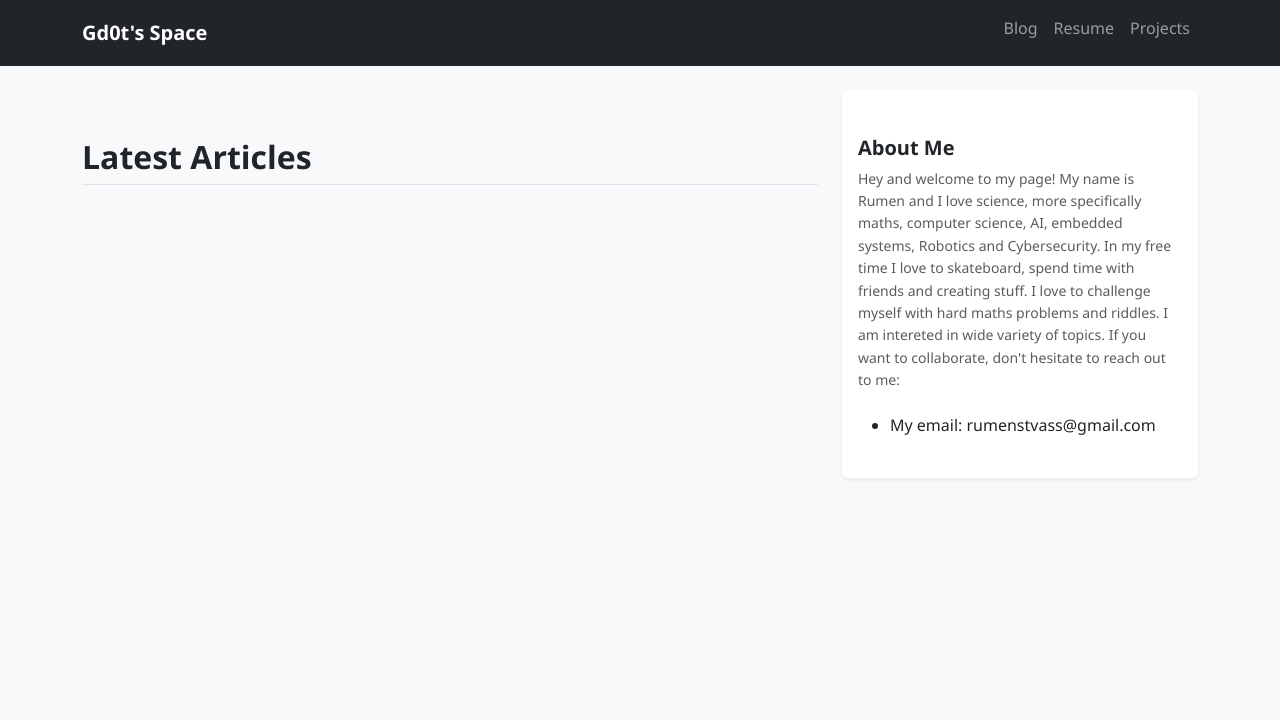
Repository: gd0t/gd0t-blog
Page: http://localhost/index
An editor plug-in stored every save of this project. The page is shown before and after the next save, followed by the edit.
The browser window is 1280 px wide. The pictures show the whole page.
The page is this project's Thymeleaf template; nobody is signed in. The template is opened directly, without the code that normally fills it, so the values that code supplies are empty.

Above is the page before, as saved 2026-06-03 16:40:39.

After the next save:
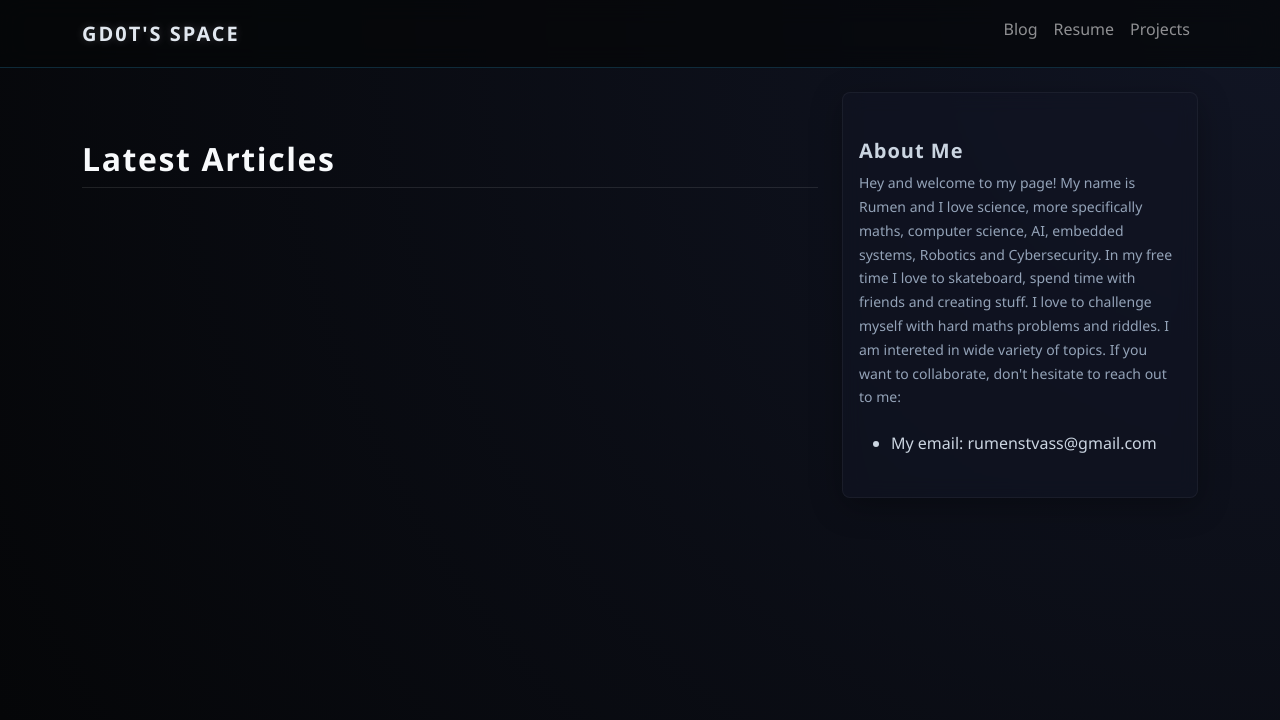
Saved 3 min 33 s later.
--- a/gd0t/src/main/resources/static/css/style.css
+++ b/gd0t/src/main/resources/static/css/style.css
@@ -73,3 +73,113 @@ pre code {
     color: inherit;
     padding: 0;
 }
+
+/* ==========================================
+   DEEP SPACE ATMOSPHERE THEME
+   ========================================== */
+
+/* 1. The Void (Background & Typography) */
+body {
+    /* A subtle radial gradient simulating deep space */
+    background: radial-gradient(circle at top right, #111524, #050608);
+    background-attachment: fixed; /* Keeps the gradient still while scrolling */
+
+    font-family: 'Segoe UI', Roboto, 'Helvetica Neue', Arial, sans-serif;
+    color: #cbd5e1; /* Soft starlight gray for easy reading */
+    line-height: 1.7;
+}
+
+/* 2. Headers (Telemetry Data) */
+h1, h2, h3, h4, h5, h6 {
+    color: #f8fafc; /* Bright white for high contrast */
+    font-weight: 600;
+    letter-spacing: 0.05em;
+}
+
+/* 3. The Navbar (Command Deck) */
+.navbar {
+    background-color: rgba(5, 6, 8, 0.7) !important;
+    backdrop-filter: blur(12px); /* Frosted glass effect */
+    border-bottom: 1px solid rgba(56, 189, 248, 0.2);
+}
+.navbar-brand {
+    color: #e2e8f0 !important;
+    text-transform: uppercase;
+    letter-spacing: 2px;
+    text-shadow: 0 0 10px rgba(255, 255, 255, 0.2);
+}
+
+/* 4. UI Modules (Cards) */
+.card {
+    background-color: rgba(17, 21, 36, 0.6); /* Translucent dark module */
+    backdrop-filter: blur(10px);
+    border: 1px solid rgba(255, 255, 255, 0.05) !important;
+    border-radius: 8px;
+    color: #cbd5e1;
+    box-shadow: 0 8px 32px rgba(0, 0, 0, 0.3) !important;
+    transition: transform 0.2s ease-in-out, box-shadow 0.2s;
+}
+
+/* Add a subtle lift effect when hovering over project/blog cards */
+a .card:hover, .card:hover {
+    transform: translateY(-2px);
+    box-shadow: 0 8px 32px rgba(56, 189, 248, 0.1) !important;
+    border: 1px solid rgba(56, 189, 248, 0.3) !important;
+}
+
+/* 5. Interactive Accents (Links & Buttons) */
+a {
+    color: #38bdf8; /* Cyan/Nebula Blue */
+    text-decoration: none;
+    transition: all 0.3s ease;
+}
+a:hover {
+    color: #7dd3fc;
+    text-shadow: 0 0 8px rgba(56, 189, 248, 0.6);
+}
+
+/* Custom Primary Button (Neon Outline) */
+.btn-primary {
+    background-color: transparent;
+    color: #38bdf8;
+    border: 1px solid #38bdf8;
+    box-shadow: 0 0 10px rgba(56, 189, 248, 0.1);
+}
+.btn-primary:hover {
+    background-color: #38bdf8;
+    color: #050608;
+    box-shadow: 0 0 15px rgba(56, 189, 248, 0.5);
+    border-color: #38bdf8;
+}
+
+/* Custom Secondary/Outline Buttons */
+.btn-outline-secondary, .btn-outline-primary, .btn-outline-dark {
+    background-color: transparent;
+    color: #cbd5e1;
+    border: 1px solid rgba(203, 213, 225, 0.3);
+}
+.btn-outline-secondary:hover, .btn-outline-primary:hover, .btn-outline-dark:hover {
+    background-color: rgba(203, 213, 225, 0.1);
+    color: #f8fafc;
+    border-color: #f8fafc;
+}
+
+/* 6. Form Inputs (Data Entry) */
+input[type="text"], textarea, .form-control {
+    background-color: rgba(5, 6, 8, 0.5) !important;
+    color: #f8fafc !important;
+    border: 1px solid rgba(255, 255, 255, 0.1) !important;
+}
+input[type="text"]:focus, textarea:focus, .form-control:focus {
+    background-color: rgba(5, 6, 8, 0.8) !important;
+    border-color: #38bdf8 !important;
+    box-shadow: 0 0 0 0.25rem rgba(56, 189, 248, 0.25) !important;
+}
+
+/* 7. Bootstrap Overrides for Dark Theme */
+.text-muted, .text-secondary {
+    color: #94a3b8 !important; /* Lighter gray so it's readable on dark bg */
+}
+.border-bottom {
+    border-color: rgba(255, 255, 255, 0.1) !important;
+}
